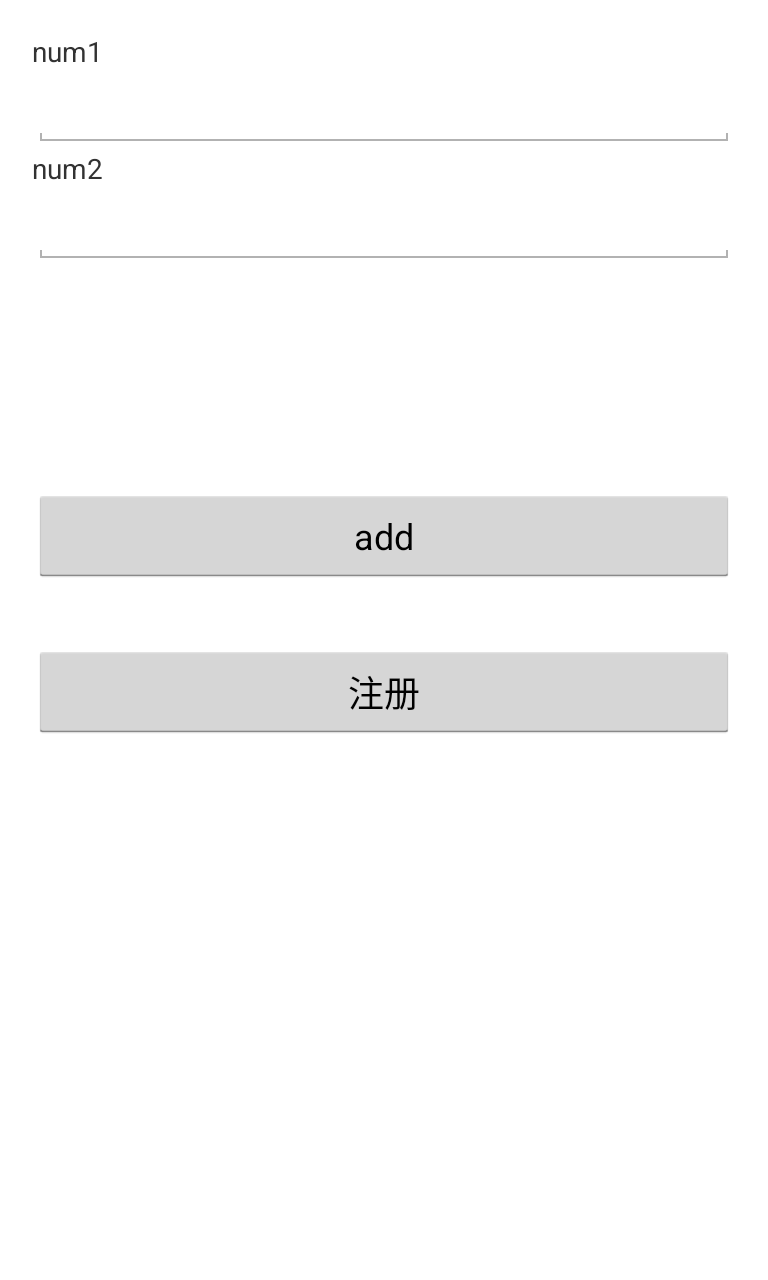
Repository: superlikex/Android_task
Layout: Calculate/res/layout/activity_main.xml
These files come from the project's save history. The layout is drawn as it stood at one moment and after the next save; the edit follows.
It is drawn on a 768 x 1280 px phone screen (xhdpi) without system bars, with theme AppTheme; the app's code is not run.

Above is the layout before, as saved 2015-12-01 03:08:15.

After the next save:
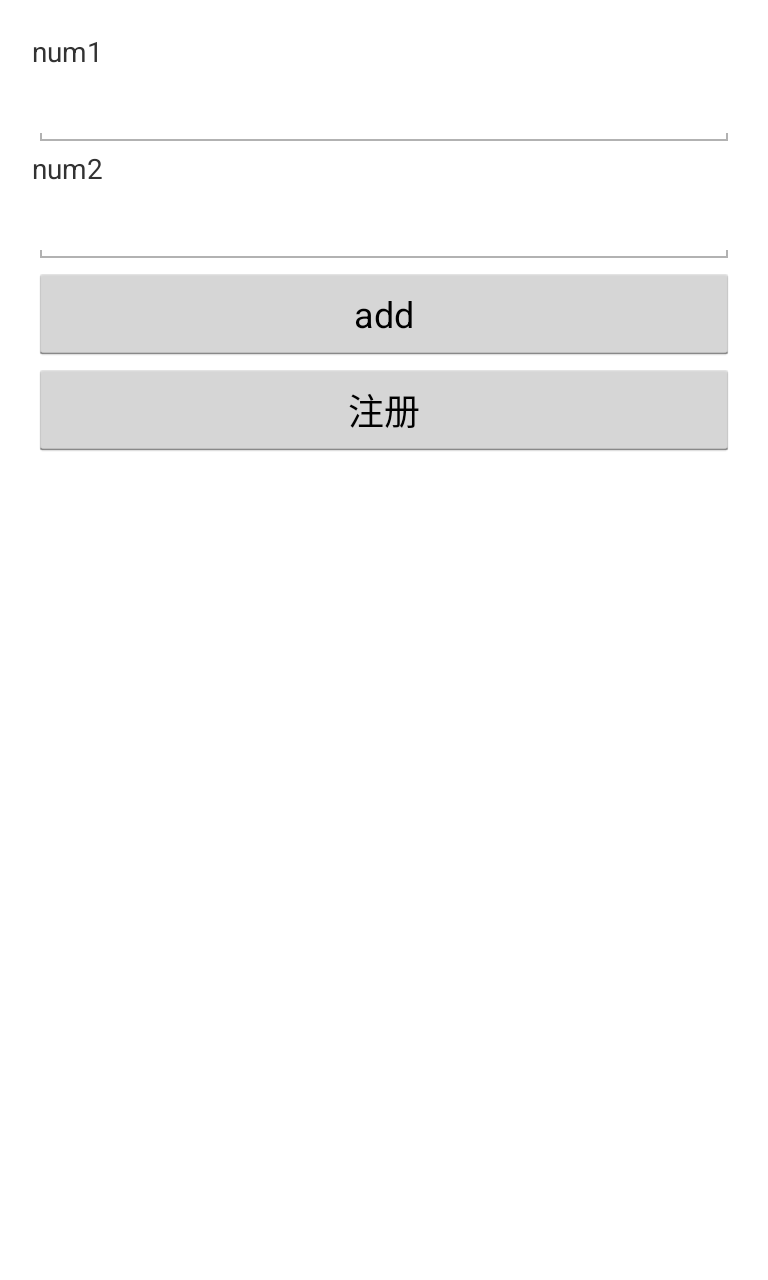
Saved 3 min 6 s later.
--- a/Calculate/res/layout/activity_main.xml
+++ b/Calculate/res/layout/activity_main.xml
@@ -10,47 +10,39 @@
     android:paddingTop="@dimen/activity_vertical_margin"
     tools:context="com.example.calculate.MainActivity" >
 
-    <TextView
-        android:id="@+id/text_username"
+       <TextView
+        android:id="@+id/text_num_1"
         android:layout_width="wrap_content"
         android:layout_height="wrap_content"
         android:text="num1" />
-
-    <EditText
-        android:id="@+id/number_1"
-        android:layout_width="match_parent"
-        android:layout_height="wrap_content" />
-
-    <TextView
-        android:id="@+id/text_password"
+      <EditText
+          android:id ="@+id/number_1"
+          android:layout_width="match_parent"
+          android:layout_height="wrap_content"/>
+      <TextView
+        android:id="@+id/text_num_2"
         android:layout_width="match_parent"
         android:layout_height="wrap_content"
-        android:text="num2" />
+        android:text="num2"
+       />
+
+       <EditText
+          android:id ="@+id/number_2"
+          android:layout_width="match_parent"
+          android:layout_height="wrap_content"
+          android:inputType="textPassword"/>
 
 
+      <Button
+          	android:id = "@+id/button_add"
+          	android:layout_width="match_parent"
+          	android:layout_height="wrap_content"
+          	android:text="add" />
+      <Button
+          	android:id = "@+id/button_2"
+          	android:layout_width="match_parent"
+          	android:layout_height="wrap_content"
+          	android:text="注册" />
 
-    <EditText
-        android:id="@+id/number_2"
-        android:layout_width="match_parent"
-        android:layout_height="wrap_content"
-        android:layout_alignParentBottom="true"
-        android:layout_alignParentRight="true"
-        android:layout_marginBottom="111dp"
-        android:ems="10" />
-
-    <Button
-        android:id="@+id/button_add"
-        android:layout_width="match_parent"
-        android:layout_height="wrap_content"
-        android:layout_above="@+id/linearLayout1"
-        android:layout_alignParentRight="true"
-        android:layout_marginBottom="30dp"
-        android:text="add" />
-
-    <Button
-        android:id="@+id/button_2"
-        android:layout_width="match_parent"
-        android:layout_height="wrap_content"
-        android:text="注册" />
 
 </LinearLayout>
